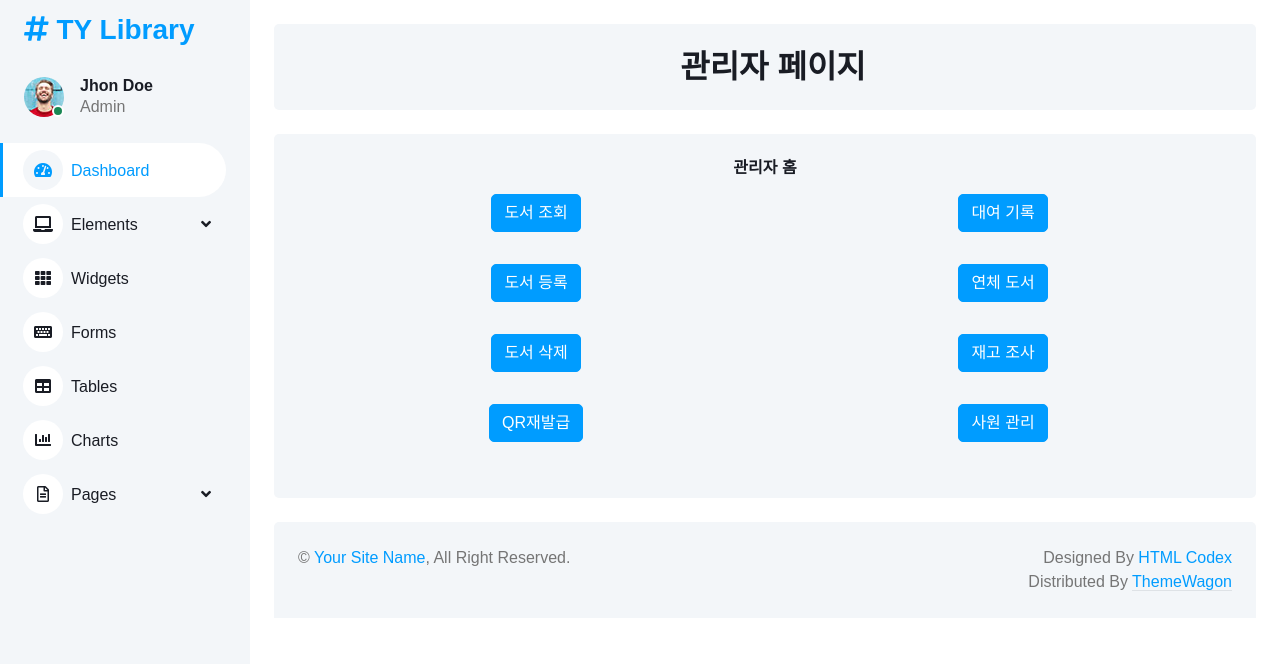
Repository: maryong2/myfirstgitproject
Page: http://localhost/library/WEB-INF/views/admin/admin-home.jsp
The author's editor kept a copy of each file at every save. The page is drawn from the files as they stood at one save, then again after the next save.
The browser window is 1280 px wide. The pictures show the whole page.
Some web fonts or font styles are not loaded; a fallback is used. Some web libraries are served in a nearby version. The page is served by Tomcat 9. Nobody is signed in. The template is opened directly, without the code that normally fills it, so the values that code supplies are empty.

Above is the page before, as saved 2023-11-26 07:41:10.
Console error: TypeError: Cannot read properties of undefined (reading 'getContext')

After the next save:
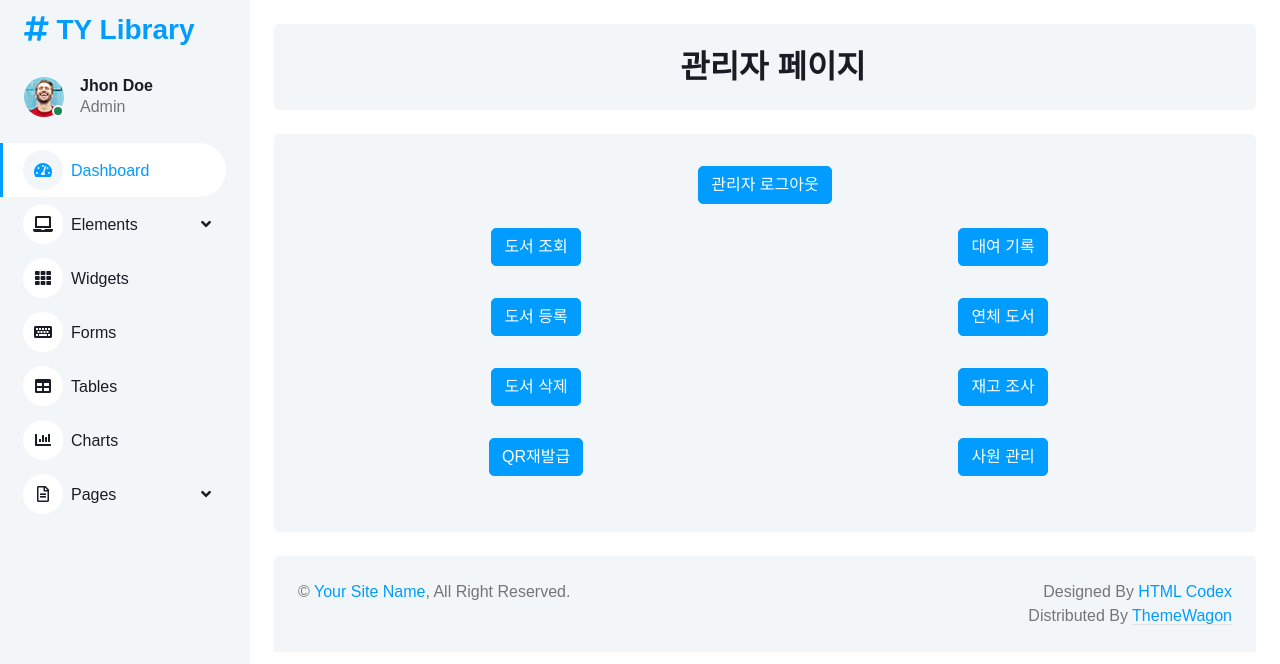
Saved 2 min 58 s later.
--- a/library/src/main/webapp/WEB-INF/views/admin/admin-home.jsp
+++ b/library/src/main/webapp/WEB-INF/views/admin/admin-home.jsp
@@ -141,7 +141,8 @@
 					<div class="col-sm-12 col-xl-12">
 						<div class="bg-light text-center rounded p-4">
 
-							<h6 class="mb-0">관리자 홈</h6>
+							<button type="button" class="btn btn-primary m-2"
+												onclick="go('logout')">관리자 로그아웃</button>
 
 							<table class="table table-borderless">
 								<thead>
